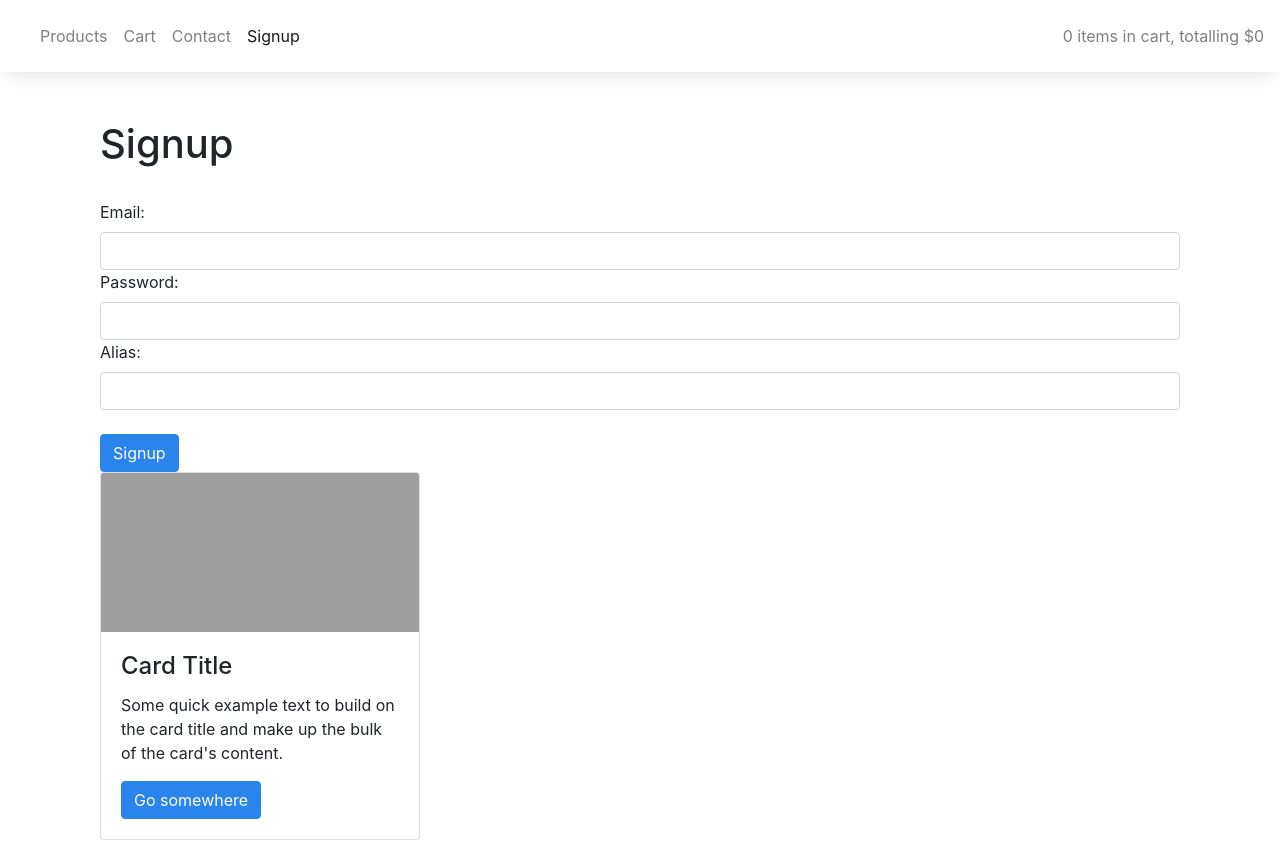
Repository: dayrim/wavecraft
Page: /signup
These files come from the project's save history. The page is drawn as it stood at one moment and after the next save; the edit follows.
The browser window is 1280 px wide. The pictures show the whole page.
Pictures or frames that could not be fetched are drawn as grey boxes. The project was rebuilt for these pictures with package versions that can differ from the ones it lists, and the page was loaded fresh each time. Also part of the build but not shown: vue.config.js.

Above is the page before, as saved 2019-04-22 16:06:39.

After the next save:
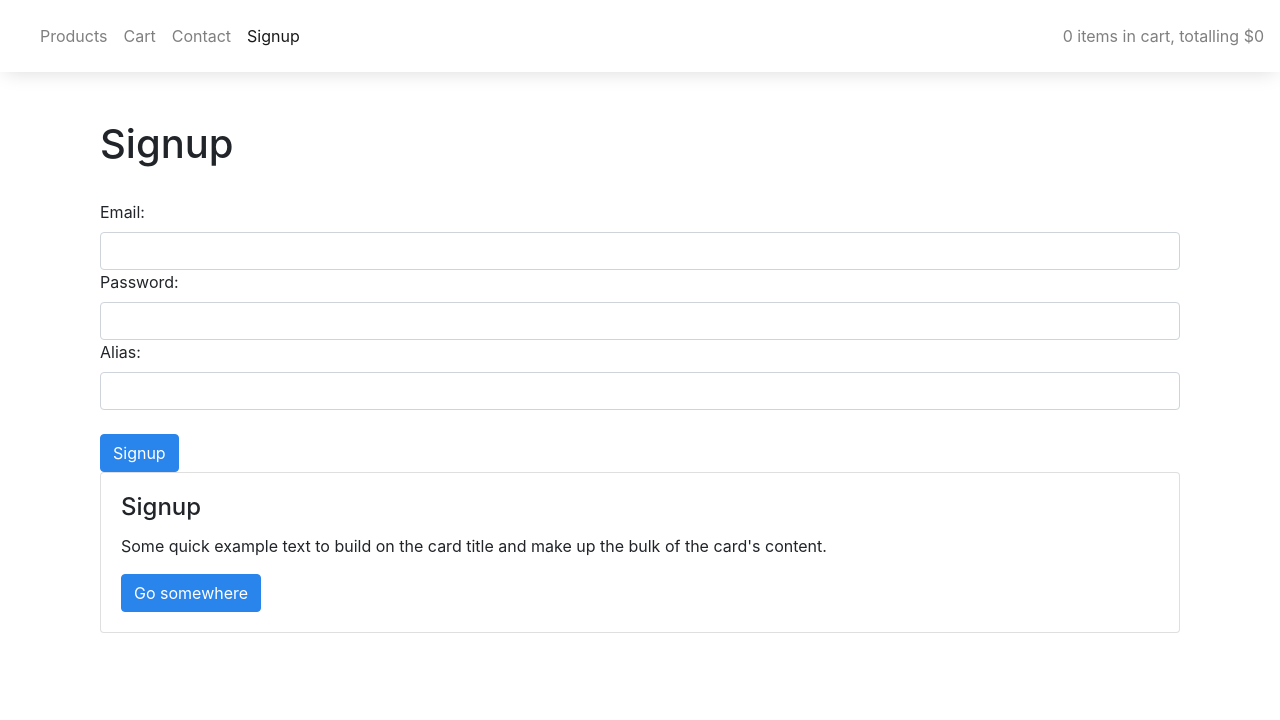
Saved 14 s later.
--- a/src/components/Signup.vue
+++ b/src/components/Signup.vue
@@ -12,15 +12,7 @@
     <br />
     <b-button variant="primary">Signup</b-button>
 
-    <b-card
-      title="Card Title"
-      img-src="https://picsum.photos/600/300/?image=25"
-      img-alt="Image"
-      img-top
-      tag="article"
-      style="max-width: 20rem;"
-      class="mb-2"
-    >
+    <b-card title="Signup">
       <b-card-text>
         Some quick example text to build on the card title and make up the bulk of the card's
         content.
